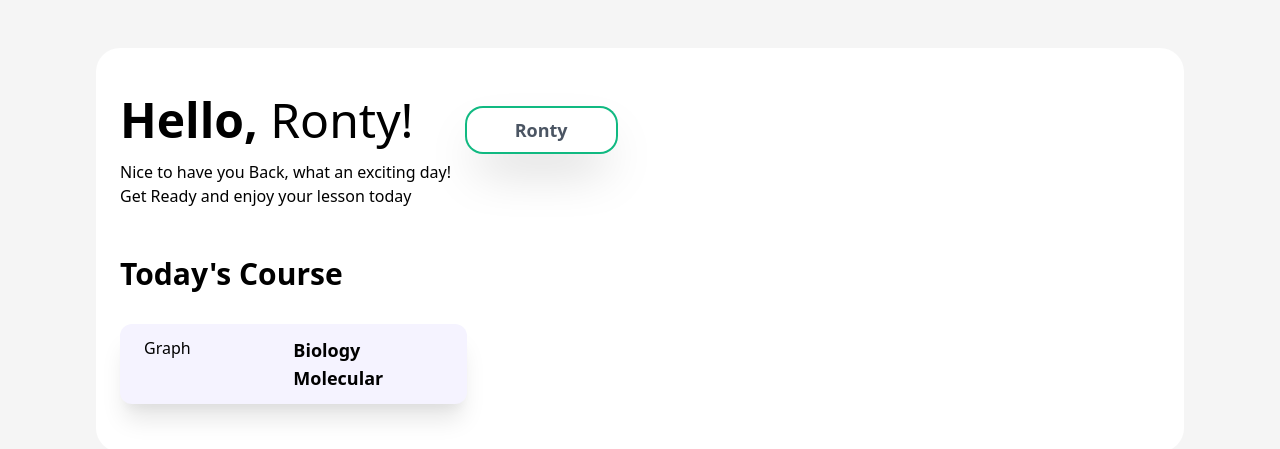
Repository: coolronts/Vite-Tailwind
Page: /
These files come from the project's save history. The page is drawn as it stood at one moment and after the next save; the edit follows.
The browser window is 1280 px wide. The pictures show the whole page.
The project was rebuilt for these pictures with package versions that can differ from the ones it lists, and the page was loaded fresh each time. Also part of the build but not shown: vite.config.js.

Above is the page before, as saved 2021-11-26 07:30:45.

### src/App.jsx
import './App.css'

import {Course, Intro} from './Section'
import { PrimaryButton, SecondaryButton } from './components/Button'

import {PrimaryCard} from './components/Card'
import SplitScreen from './components/SplitScreen'
import { useState } from 'react'

function App() {

  return (
    <div className="App bg-white my-12 mx-24 rounded-3xl px-6 py-12">
      <SplitScreen leftWeight = 'w-1/3'>
        <div id="left">
          <Intro/>
          <div id="course">
            <p className="text-3xl font-bold  font-sans mb-8">Today's Course</p>
            <PrimaryCard>
              <Course/>
            </PrimaryCard>
          </div>

        </div>

        <div id="right">
          <SecondaryButton name="Ronty"/>
        </div>


      </SplitScreen>
    </div>
  )
}

export default App

### src/Section/index.js
import Course from "./Course";
import Intro from "./Intro";

export { Intro, Course };

### src/components/Button/index.jsx
import React from 'react'

export const PrimaryButton = ({name}) =>{
  return (
    <button className="bg-green-500 px-12 py-2 ring-2 ring-green-500 text-white text-lg font-semibold shadow-2xl rounded-2xl mt-3">
      {name}
    </button>
  )
}

export const SecondaryButton = ({name}) =>{
  return (
    <button className="bg-white px-12 py-2 ring-2 ring-green-500 text-gray-600 text-lg font-semibold shadow-2xl rounded-2xl mt-3">
      {name}
    </button>
  )
}

### src/components/Card/index.jsx
import React from 'react'

export const PrimaryCard =({children})=> {
  return (
    <div className="bg-purple-50 py-3 px-6  rounded-xl shadow-xl">
      {children}
    </div>
  )
}

### src/components/SplitScreen/index.jsx
import PropTypes from 'prop-types'
import React from "react"
import tw from "tailwind-styled-components"

const Container = tw.div`${(props) => props.weight}`;

const Pane = tw.div`${(props) => props.weight}`;

const SplitScreen = ({
	children,
	containerWeight = 'flex w-full',
  leftWeight = 'w-1/2',
	rightWeight = 'w-1/2',
}) => {
	const [left, right] = children;
	return (
		<Container className={containerWeight}>
			<Pane className={leftWeight}>
				{left}
			</Pane>
			<Pane className={rightWeight}>
				{right}
			</Pane>
		</Container>
	);
}

export default SplitScreen

SplitScreen.propTypes = {
	children: PropTypes.arrayOf(PropTypes.node).isRequired,
	containerWeight: PropTypes.string,
	leftWeight: PropTypes.string,
	rightWeight: PropTypes.string,
}

### src/Section/Course/index.jsx
import React from 'react'
import SplitScreen from '../../components/SplitScreen'

export default function Course() {
  return (
    <SplitScreen>
      <div id="left" leftWeight = 'w-1/3'>
        Graph
      </div>
      <div id="right">
        <h4 className="font-bold text-lg">Biology Molecular</h4>
      </div>
    </SplitScreen>
  )
}

### src/Section/Intro/index.jsx
import React from 'react'

export default function Intro({name}) {
  return (
    <div className="mb-12">
      <h3 className="text-5xl font-sans font-bold mb-4">Hello, <span className="font-light">Ronty!</span> </h3>
      <div className="font-semibold tracking-wide text-gray-500">

      </div>
      <h5>Nice to have you Back, what an exciting day!</h5>
      <h5>Get Ready and enjoy your lesson today</h5>
    </div>
  )
}

Loaded but not shown: index.html (common file); src/main.jsx (common file); src/index.css (common file); src/App.css (common file); tailwind.config.js (common file)

After the next save:
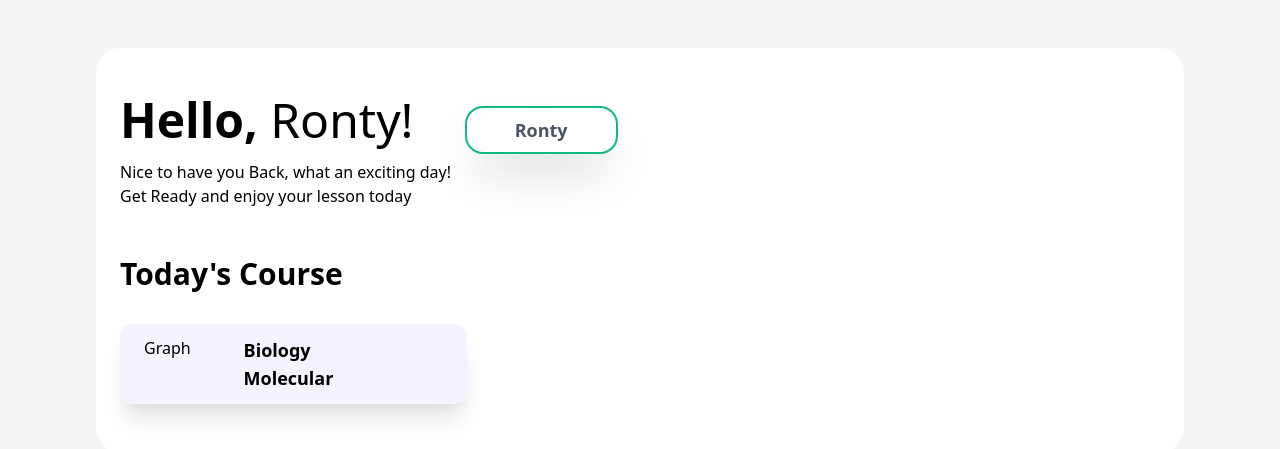
Saved 15 s later.
--- a/src/Section/Course/index.jsx
+++ b/src/Section/Course/index.jsx
@@ -3,8 +3,8 @@ import SplitScreen from '../../components/SplitScreen'
 
 export default function Course() {
   return (
-    <SplitScreen>
-      <div id="left" leftWeight = 'w-1/3'>
+    <SplitScreen leftWeight = 'w-1/3'>
+      <div id="left">
         Graph
       </div>
       <div id="right">
